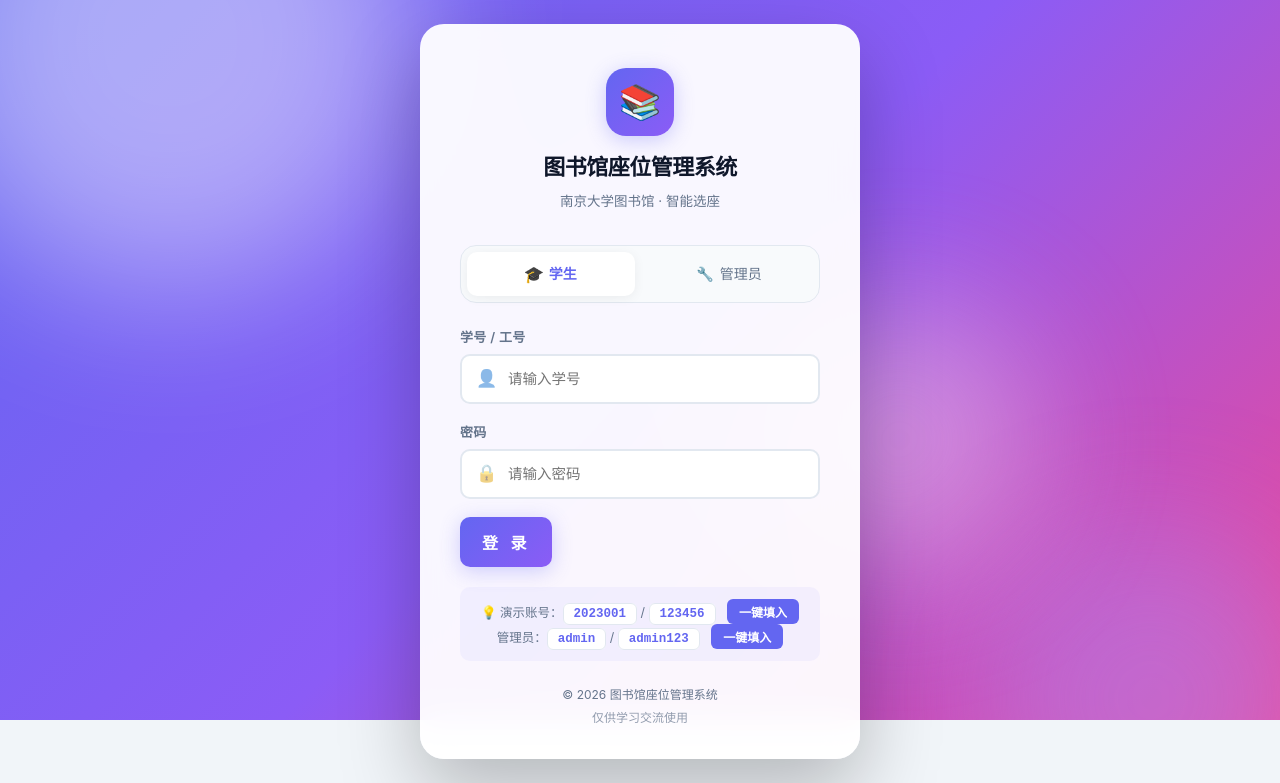
Repository: kinyono/library_seat_system
Page: index.html
The author's editor kept a copy of each file at every save. The page is drawn from the files as they stood at one save, then again after the next save.
The browser window is 1280 px wide. The pictures show the whole page.

Above is the page before, as saved 2026-10-18 23:40:04.

### index.html
<!DOCTYPE html>
<html lang="zh-CN">
<head>
    <meta charset="UTF-8">
    <meta name="viewport" content="width=device-width, initial-scale=1.0">
    <title>图书馆座位管理系统 - 登录</title>
    <link rel="stylesheet" href="css/style.css">
    <link rel="stylesheet" href="css/login.css">
</head>
<body>
    <!-- 背景装饰 -->
    <div class="login-bg">
        <div class="bg-shape shape-1"></div>
        <div class="bg-shape shape-2"></div>
        <div class="bg-shape shape-3"></div>
    </div>

    <div class="login-container">
        <div class="login-card">
            <div class="login-brand">
                <div class="brand-logo">📚</div>
                <h1>图书馆座位管理系统</h1>
                <p class="brand-sub">南京大学图书馆 · 智能选座</p>
            </div>

            <!-- 角色切换（radio 风格） -->
            <div class="role-switch">
                <label class="role-option active">
                    <input type="radio" name="role" value="student" checked onchange="switchRole('student')">
                    <span class="role-icon">🎓</span> 学生
                </label>
                <label class="role-option">
                    <input type="radio" name="role" value="admin" onchange="switchRole('admin')">
                    <span class="role-icon">🔧</span> 管理员
                </label>
            </div>

            <!-- 登录表单 -->
            <form id="loginForm" class="login-form">
                <div class="form-group">
                    <label for="username">学号 / 工号</label>
                    <div class="input-wrap">
                        <span class="input-icon">👤</span>
                        <input type="text" id="username" class="form-control" placeholder="请输入学号" required autocomplete="off">
                    </div>
                </div>
                <div class="form-group">
                    <label for="password">密码</label>
                    <div class="input-wrap">
                        <span class="input-icon">🔒</span>
                        <input type="password" id="password" class="form-control" placeholder="请输入密码" required>
                    </div>
                </div>
                <div id="loginError" class="login-error" style="display:none;"></div>
                <button type="submit" class="btn btn-primary btn-login" id="loginBtn">登 录</button>
            </form>

            <!-- 演示提示 -->
            <div class="demo-tip">
                💡 演示账号：<code>2023001</code> / <code>123456</code>
                <button class="demo-fill" onclick="fillDemo('student')">一键填入</button>
                <br>
                管理员：<code>admin</code> / <code>admin123</code>
                <button class="demo-fill" onclick="fillDemo('admin')">一键填入</button>
            </div>

            <div class="login-footer">
                <p>© 2026 图书馆座位管理系统</p>
                <p class="copyright">仅供学习交流使用</p>
            </div>
        </div>
    </div>

    <script src="js/login.js"></script>
</body>
</html>

### css/style.css
/* ===== Design Tokens ===== */
:root {
    /* 主色调：更柔和的渐变紫蓝 */
    --primary: #6366f1;
    --primary-light: #818cf8;
    --primary-dark: #4f46e5;
    --secondary: #8b5cf6;
    --accent: #ec4899;

    /* 背景色 */
    --bg-body: #f1f5f9;
    --bg-surface: #ffffff;
    --bg-subtle: #f8fafc;

    /* 文字色 */
    --text-primary: #0f172a;
    --text-secondary: #64748b;
    --text-muted: #94a3b8;

    /* 状态色 */
    --success: #10b981;
    --success-light: #d1fae5;
    --warning: #f59e0b;
    --warning-light: #fef3c7;
    --danger: #ef4444;
    --danger-light: #fee2e2;
    --info: #3b82f6;
    --info-light: #dbeafe;

    /* 边框 */
    --border: #e2e8f0;
    --border-strong: #cbd5e1;

    /* 圆角 */
    --radius-sm: 10px;
    --radius-md: 16px;
    --radius-lg: 24px;
    --radius-xl: 32px;

    /* 阴影 */
    --shadow-xs: 0 1px 2px rgba(0,0,0,0.04);
    --shadow-sm: 0 2px 12px rgba(0,0,0,0.06);
    --shadow-md: 0 8px 30px rgba(0,0,0,0.08);
    --shadow-lg: 0 20px 60px rgba(0,0,0,0.12);
    --shadow-primary: 0 4px 20px rgba(99,102,241,0.3);

    /* 过渡 */
    --transition-fast: all 0.15s ease;
    --transition: all 0.25s ease;
    --transition-slow: all 0.4s ease;

    /* 字体 */
    --font-sans: 'Inter', -apple-system, BlinkMacSystemFont, 'Segoe UI', Roboto, 'PingFang SC', 'Microsoft YaHei', sans-serif;
}

* {
    margin: 0;
    padding: 0;
    box-sizing: border-box;
}

body {
    font-family: var(--font-sans);
    background: var(--bg-body);
    color: var(--text-primary);
    line-height: 1.6;
    -webkit-font-smoothing: antialiased;
    -moz-osx-font-smoothing: grayscale;
}

a {
    text-decoration: none;
    color: inherit;
}

/* ===== 滚动条美化 ===== */
::-webkit-scrollbar { width: 8px; height: 8px; }
::-webkit-scrollbar-track { background: transparent; }
::-webkit-scrollbar-thumb { background: var(--border-strong); border-radius: 99px; }
::-webkit-scrollbar-thumb:hover { background: var(--text-muted); }

/* ===== 通用按钮 ===== */
.btn {
    display: inline-flex;
    align-items: center;
    justify-content: center;
    gap: 6px;
    padding: 10px 22px;
    border: none;
    border-radius: var(--radius-sm);
    cursor: pointer;
    font-size: 14px;
    font-weight: 600;
    letter-spacing: 0.3px;
    transition: var(--transition);
    text-align: center;
    position: relative;
    overflow: hidden;
}
.btn::after {
    content: '';
    position: absolute;
    inset: 0;
    background: rgba(255,255,255,0);
    transition: var(--transition-fast);
}
.btn:hover::after { background: rgba(255,255,255,0.15); }
.btn:active { transform: scale(0.97); }

.btn-primary {
    background: linear-gradient(135deg, var(--primary), var(--secondary));
    color: #fff;
    box-shadow: var(--shadow-primary);
}
.btn-primary:hover { box-shadow: 0 6px 28px rgba(99,102,241,0.45); transform: translateY(-2px); }

.btn-danger { background: var(--danger); color: #fff; box-shadow: 0 2px 12px rgba(239,68,68,0.25); }
.btn-danger:hover { background: #dc2626; transform: translateY(-2px); box-shadow: 0 6px 20px rgba(239,68,68,0.4); }

.btn-success { background: var(--success); color: #fff; box-shadow: 0 2px 12px rgba(16,185,129,0.25); }
.btn-success:hover { background: #059669; transform: translateY(-2px); box-shadow: 0 6px 20px rgba(16,185,129,0.4); }

.btn-warning { background: var(--warning); color: #fff; box-shadow: 0 2px 12px rgba(245,158,11,0.25); }
.btn-warning:hover { background: #d97706; transform: translateY(-2px); box-shadow: 0 6px 20px rgba(245,158,11,0.4); }

.btn-info { background: var(--info); color: #fff; box-shadow: 0 2px 12px rgba(59,130,246,0.25); }
.btn-info:hover { background: #2563eb; transform: translateY(-2px); box-shadow: 0 6px 20px rgba(59,130,246,0.4); }

.btn-outline {
    background: var(--bg-surface);
    color: var(--text-secondary);
    border: 1.5px solid var(--border);
}
.btn-outline:hover { border-color: var(--primary); color: var(--primary); background: var(--bg-subtle); }

.btn-block { width: 100%; }

.btn-xs {
    padding: 4px 10px;
    font-size: 12px;
    border-radius: 8px;
    font-weight: 500;
}

/* ===== 表单 ===== */
.form-group { margin-bottom: 18px; }
.form-group label {
    display: block;
    font-size: 13px;
    font-weight: 600;
    margin-bottom: 6px;
    color: var(--text-secondary);
    letter-spacing: 0.3px;
}
.form-control {
    width: 100%;
    padding: 11px 16px;
    border: 2px solid var(--border);
    border-radius: var(--radius-sm);
    font-size: 14.5px;
    font-family: inherit;
    color: var(--text-primary);
    background: var(--bg-surface);
    transition: var(--transition);
    outline: none;
}
.form-control:focus {
    border-color: var(--primary);
    box-shadow: 0 0 0 4px rgba(99,102,241,0.1);
    background: #fff;
}
select.form-control { cursor: pointer; }
select.form-control:focus { outline: none; }

### css/login.css
/* ===== 登录页样式 ===== */
.login-bg {
    position: fixed;
    inset: 0;
    z-index: -1;
    background: linear-gradient(135deg, #6366f1 0%, #8b5cf6 50%, #ec4899 100%);
    overflow: hidden;
}
.bg-shape {
    position: absolute;
    border-radius: 50%;
    filter: blur(70px);
    opacity: 0.45;
    animation: float 16s ease-in-out infinite;
}
.shape-1 { width: 460px; height: 460px; background: #fff; top: -140px; left: -100px; }
.shape-2 { width: 360px; height: 360px; background: #a78bfa; bottom: -120px; right: -80px; animation-delay: -5s; }
.shape-3 { width: 280px; height: 280px; background: #fbcfe8; top: 40%; left: 60%; animation-delay: -9s; }
@keyframes float {
    0%, 100% { transform: translate(0, 0) scale(1); }
    33% { transform: translate(40px, -50px) scale(1.1); }
    66% { transform: translate(-30px, 40px) scale(0.95); }
}

.login-container {
    min-height: 100vh;
    display: flex;
    align-items: center;
    justify-content: center;
    padding: 24px;
}

.login-card {
    width: 440px;
    max-width: 100%;
    background: rgba(255, 255, 255, 0.95);
    backdrop-filter: blur(16px);
    border-radius: var(--radius-lg);
    box-shadow: 0 32px 80px rgba(0, 0, 0, 0.25);
    padding: 44px 40px 32px;
    animation: slideUp 0.5s cubic-bezier(0.16, 1, 0.3, 1);
}
@keyframes slideUp {
    from { opacity: 0; transform: translateY(30px); }
    to { opacity: 1; transform: translateY(0); }
}

.login-brand { text-align: center; margin-bottom: 32px; }
.brand-logo {
    width: 68px; height: 68px; margin: 0 auto 14px;
    display: flex; align-items: center; justify-content: center;
    font-size: 34px;
    background: linear-gradient(135deg, var(--primary), var(--secondary));
    border-radius: 20px;
    box-shadow: var(--shadow-primary);
}
.login-brand h1 { font-size: 22px; font-weight: 700; color: var(--text-primary); letter-spacing: -0.5px; }
.brand-sub { font-size: 13.5px; color: var(--text-secondary); margin-top: 6px; }

/* 角色切换 */
.role-switch {
    display: flex;
    gap: 10px;
    margin-bottom: 24px;
    padding: 6px;
    background: var(--bg-subtle);
    border-radius: var(--radius-md);
    border: 1px solid var(--border);
}
.role-option {
    flex: 1;
    display: flex;
    align-items: center;
    justify-content: center;
    gap: 6px;
    padding: 11px;
    border-radius: var(--radius-sm);
    cursor: pointer;
    font-size: 14px;
    font-weight: 500;
    color: var(--text-secondary);
    transition: var(--transition);
}
.role-option input { display: none; }
.role-option:hover { color: var(--text-primary); }
.role-option.active {
    background: #fff;
    color: var(--primary);
    font-weight: 700;
    box-shadow: var(--shadow-sm);
}
.role-option.active .role-icon { transform: scale(1.15); }
.role-icon { transition: transform 0.2s; }

/* 输入框 */
.input-wrap { position: relative; }
.input-wrap .input-icon {
    position: absolute;
    left: 16px;
    top: 50%;
    transform: translateY(-50%);
    font-size: 17px;
    opacity: 0.5;
}
.input-wrap .form-control { padding-left: 46px; height: 50px; }

/* 错误提示 */
.login-error {
    padding: 11px 16px;
    background: var(--danger-light);
    border: 1px solid #fecaca;
    color: var(--danger);
    border-radius: var(--radius-sm);
    font-size: 13px;
    margin-bottom: 16px;
    animation: shake 0.4s;
    font-weight: 500;
}
@keyframes shake {
    0%, 100% { transform: translateX(0); }
    25% { transform: translateX(-6px); }
    75% { transform: translateX(6px); }
}

.btn-login { height: 50px; font-size: 16px; letter-spacing: 4px; position: relative; font-weight: 700; }
.btn-login:disabled { opacity: 0.7; cursor: not-allowed; }

/* 演示提示 */
.demo-tip {
    margin-top: 20px;
    padding: 12px 16px;
    background: rgba(99,102,241,0.06);
    border-radius: var(--radius-sm);
    font-size: 12.5px;
    color: var(--text-secondary);
    text-align: center;
}
.demo-tip code {
    background: #fff;
    padding: 3px 10px;
    border-radius: 6px;
    font-weight: 700;
    color: var(--primary);
    border: 1px solid var(--border);
}
.demo-fill {
    margin-left: 8px;
    padding: 4px 12px;
    border: none;
    background: var(--primary);
    color: #fff;
    border-radius: 6px;
    font-size: 12px;
    font-weight: 600;
    cursor: pointer;
    transition: var(--transition-fast);
}
.demo-fill:hover { background: var(--primary-dark); }

.login-footer { text-align: center; margin-top: 24px; font-size: 12px; color: var(--text-secondary); }
.login-footer .copyright { margin-top: 4px; opacity: 0.7; }

@media (max-width: 480px) {
    .login-card { padding: 32px 24px 24px; border-radius: var(--radius-md); }
    .login-brand h1 { font-size: 19px; }
}

### js/login.js
(function () {
    'use strict';

    let currentRole = 'student';

    function switchRole(role) {
        currentRole = role;
        document.querySelectorAll('.role-option').forEach(btn => {
            btn.classList.toggle('active', btn.dataset?.role === role);
        });
        // 兼容 radio 切换：找到对应 radio 并选中
        const radio = document.querySelector(`input[name="role"][value="${role}"]`);
        if (radio) radio.checked = true;

        const usernameInput = document.getElementById('username');
        usernameInput.placeholder = role === 'student' ? '请输入学号' : '请输入管理员账号';
        document.getElementById('loginError').style.display = 'none';
    }
    window.switchRole = switchRole;

    function fillDemo(role) {
        switchRole(role);
        const usernameInput = document.getElementById('username');
        const passwordInput = document.getElementById('password');
        if (role === 'student') {
            usernameInput.value = '2023001';
            passwordInput.value = '123456';
        } else {
            usernameInput.value = 'admin';
            passwordInput.value = 'admin123';
        }
        document.getElementById('loginError').style.display = 'none';
    }
    window.fillDemo = fillDemo;

    document.getElementById('loginForm').addEventListener('submit', async function (e) {
        e.preventDefault();
        const username = document.getElementById('username').value.trim();
        const password = document.getElementById('password').value.trim();
        const errorEl = document.getElementById('loginError');

        if (!username || !password) {
            errorEl.textContent = '请填写完整信息';
            errorEl.style.display = 'block';
            return;
        }

        try {
            const response = await fetch('/api/auth/login', {
                method: 'POST',
                headers: { 'Content-Type': 'application/json' },
                body: JSON.stringify({ username, password, role: currentRole })
            });
            const data = await response.json();

            if (response.ok) {
                // 登录成功：保存 token 和用户信息
                localStorage.setItem('token', data.token);
                localStorage.setItem('currentUser', JSON.stringify(data.user));

                if (data.user.role === 'admin') {
                    window.location.href = 'admin.html';
                } else {
                    window.location.href = 'pages/dashboard.html';
                }
            } else {
                // 登录失败：显示后端返回的错误信息
                errorEl.textContent = data.error || '登录失败，请检查账号密码';
                errorEl.style.display = 'block';
            }
        } catch (error) {
            console.error('请求失败:', error);
            errorEl.textContent = '网络错误，请确认后端服务已启动（端口3000）';
            errorEl.style.display = 'block';
        }
    });

    // 初始化：如果已登录则自动跳转
    document.addEventListener('DOMContentLoaded', function () {
        const cu = localStorage.getItem('currentUser');
        if (cu) {
            try {
                const user = JSON.parse(cu);
                if (user.role === 'admin') window.location.href = 'admin.html';
                else window.location.href = 'pages/dashboard.html';
            } catch (e) {}
        }
    });
})();

After the next save:
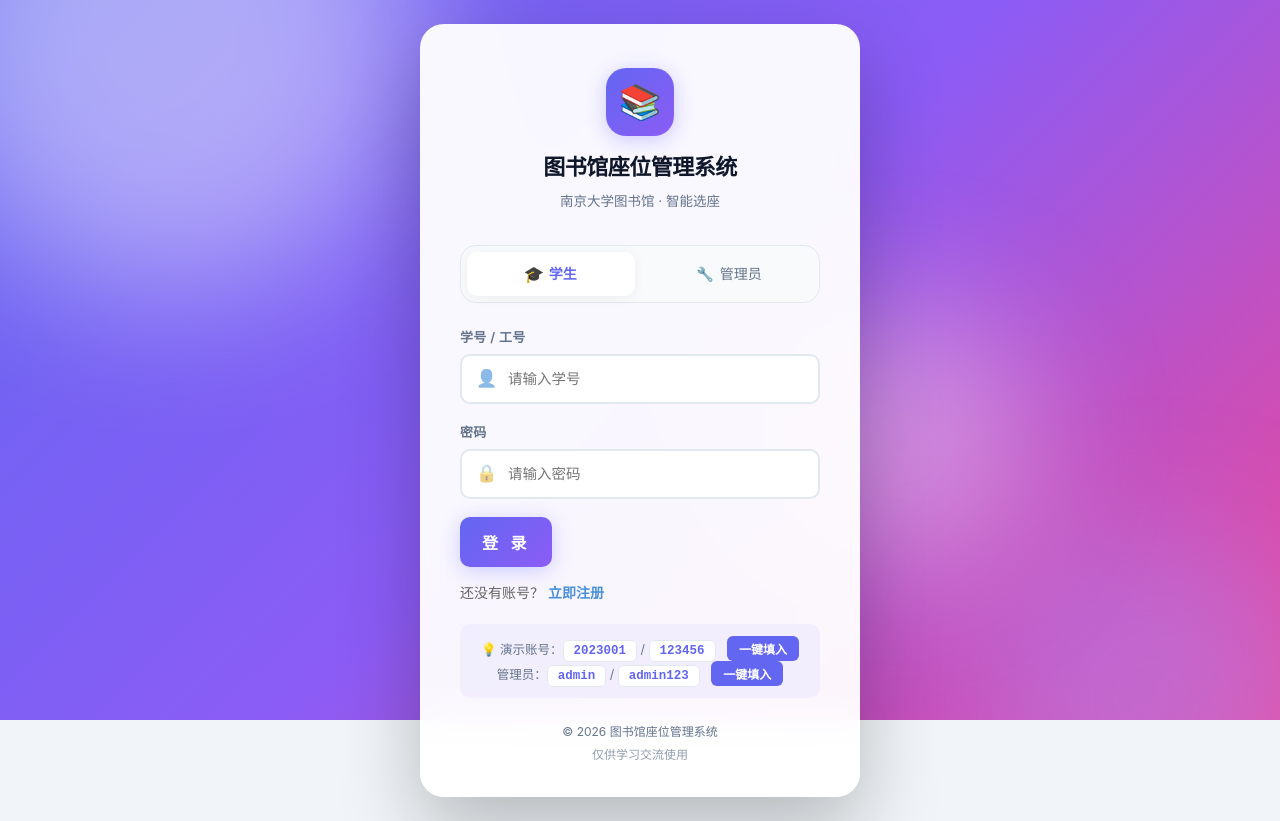
Saved 2 min 15 s later.
--- a/index.html
+++ b/index.html
@@ -55,6 +55,15 @@
                 <button type="submit" class="btn btn-primary btn-login" id="loginBtn">登 录</button>
             </form>
 
+            <!-- ========== 新增：注册入口 ========== -->
+            <div class="text-center" style="margin-top: 15px;">
+                <p style="font-size: 14px; color: #666;">
+                    还没有账号？
+                    <a href="#" onclick="showRegister()" style="color: #4a90d9; text-decoration: none; font-weight: 600;">立即注册</a>
+                </p>
+            </div>
+            <!-- ==================================== -->
+
             <!-- 演示提示 -->
             <div class="demo-tip">
                 💡 演示账号：<code>2023001</code> / <code>123456</code>
@@ -71,6 +80,128 @@
         </div>
     </div>
 
+    <!-- ========== 新增：注册弹窗（模态框） ========== -->
+    <div id="registerModal" style="display:none; position:fixed; top:0; left:0; width:100%; height:100%; background:rgba(0,0,0,0.5); z-index:9999;">
+        <div style="background:#fff; width:420px; margin:80px auto; padding:35px; border-radius:12px; box-shadow: 0 10px 40px rgba(0,0,0,0.2); position:relative;">
+
+            <!-- 关闭按钮 -->
+            <button onclick="hideRegister()" style="position:absolute; top:15px; right:20px; background:none; border:none; font-size:24px; cursor:pointer; color:#999;">&times;</button>
+
+            <h3 style="text-align:center; margin-bottom:25px; color:#333;">注册新账号</h3>
+
+            <form id="registerForm">
+                <div class="form-group">
+                    <label for="regUsername">学号 / 工号</label>
+                    <div class="input-wrap">
+                        <span class="input-icon">👤</span>
+                        <input type="text" id="regUsername" class="form-control" placeholder="请输入学号或工号" required autocomplete="off">
+                    </div>
+                </div>
+
+                <div class="form-group">
+                    <label for="regPassword">密码（至少6位）</label>
+                    <div class="input-wrap">
+                        <span class="input-icon">🔒</span>
+                        <input type="password" id="regPassword" class="form-control" placeholder="请输入密码" required>
+                    </div>
+                </div>
+
+                <div class="form-group">
+                    <label for="regRole">角色</label>
+                    <select id="regRole" class="form-control" style="padding: 12px; border: 1px solid #ddd; border-radius: 8px; width: 100%;">
+                        <option value="student">🎓 学生</option>
+                        <option value="admin">🔧 管理员</option>
+                    </select>
+                </div>
+
+                <div id="registerError" class="login-error" style="display:none;"></div>
+
+                <button type="submit" class="btn btn-primary btn-login" style="margin-top:10px;">注 册</button>
+                <button type="button" class="btn btn-secondary" onclick="hideRegister()" style="width:100%; padding:12px; margin-top:8px; background:#f0f0f0; border:1px solid #ddd; border-radius:8px; cursor:pointer; color:#666;">取 消</button>
+            </form>
+        </div>
+    </div>
+    <!-- ============================================= -->
+
     <script src="js/login.js"></script>
+    <!-- ========== 新增：注册功能的 JavaScript ========== -->
+    <script>
+        // 显示注册弹窗
+        function showRegister() {
+            document.getElementById('registerModal').style.display = 'block';
+            document.getElementById('registerError').style.display = 'none';
+        }
+
+        // 隐藏注册弹窗
+        function hideRegister() {
+            document.getElementById('registerModal').style.display = 'none';
+            document.getElementById('registerError').style.display = 'none';
+        }
+
+        // 注册表单提交
+        document.addEventListener('DOMContentLoaded', function() {
+            const registerForm = document.getElementById('registerForm');
+            if (registerForm) {
+                registerForm.addEventListener('submit', async function(e) {
+                    e.preventDefault();
+
+                    const username = document.getElementById('regUsername').value.trim();
+                    const password = document.getElementById('regPassword').value.trim();
+                    const role = document.getElementById('regRole').value;
+                    const errorEl = document.getElementById('registerError');
+
+                    // 基本校验
+                    if (!username || !password) {
+                        errorEl.textContent = '请填写完整信息';
+                        errorEl.style.display = 'block';
+                        return;
+                    }
+                    if (password.length < 6) {
+                        errorEl.textContent = '密码长度至少6位';
+                        errorEl.style.display = 'block';
+                        return;
+                    }
+
+                    try {
+                        const response = await fetch('/api/auth/register', {
+                            method: 'POST',
+                            headers: { 'Content-Type': 'application/json' },
+                            body: JSON.stringify({ username, password, role })
+                        });
+                        const data = await response.json();
+
+                        if (response.ok) {
+                            // 注册成功，自动登录
+                            localStorage.setItem('token', data.token);
+                            localStorage.setItem('currentUser', JSON.stringify(data.user));
+
+                            alert('🎉 注册成功！即将跳转...');
+                            if (data.user.role === 'admin') {
+                                window.location.href = 'admin.html';
+                            } else {
+                                window.location.href = 'pages/dashboard.html';
+                            }
+                        } else {
+                            errorEl.textContent = data.error || '注册失败，请稍后重试';
+                            errorEl.style.display = 'block';
+                        }
+                    } catch (err) {
+                        console.error('注册请求失败:', err);
+                        errorEl.textContent = '网络错误，请确认后端服务已启动（端口3000）';
+                        errorEl.style.display = 'block';
+                    }
+                });
+            }
+        });
+
+        // 点击弹窗外部关闭（可选）
+        document.addEventListener('click', function(e) {
+            const modal = document.getElementById('registerModal');
+            if (e.target === modal) {
+                hideRegister();
+            }
+        });
+    </script>
+    <!-- ============================================= -->
 </body>
 </html>
